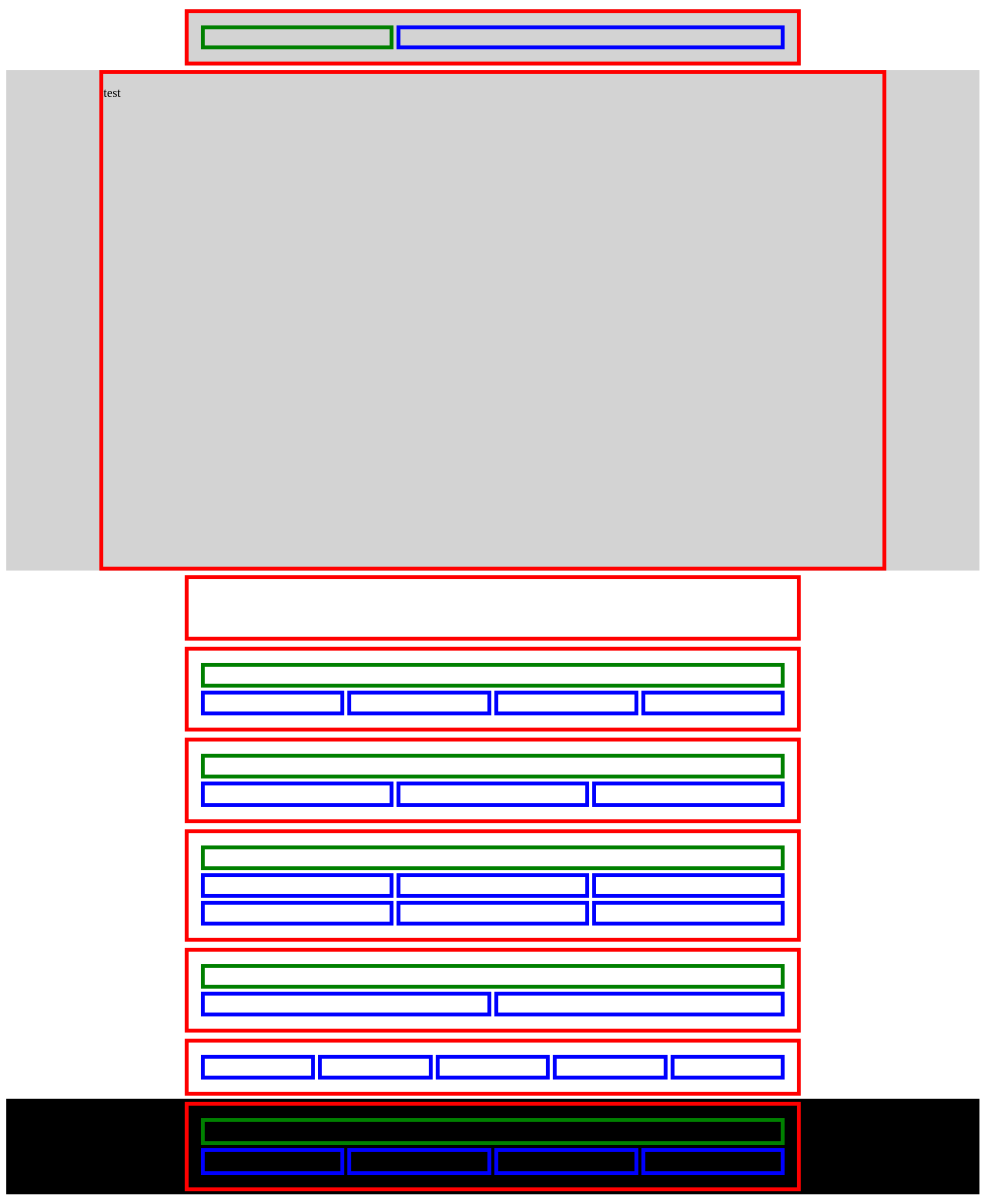
Repository: anderscederberg11/LAB2BG
Page: index.html
The author's editor kept a copy of each file at every save. The page is drawn from the files as they stood at one save, then again after the next save.
The browser window is 1280 px wide. The pictures show the whole page, at 77% of full size.

Above is the page before, as saved 2024-01-30 23:04:56.

### index.html
<!doctype html>
<html class="no-js" lang="en">

<head>
  <meta charset="utf-8">
  <meta name="viewport" content="width=device-width, initial-scale=1">
  <title>Sebastians Wonderful Website</title>
  <link rel="stylesheet" href="css/style.css">
  <meta name="description" content="sebastians website">
  <meta property="og:title" content="Sebastians Wonderful Website">
  <meta property="og:type" content="website">
  <meta property="og:url" content="https://www.SebastianWebsite.com">
  <!--<meta property="og:image" content=""> -->

  <link rel="icon" href="/favicon.ico" sizes="any">
  <link rel="icon" href="/icon.svg" type="image/svg+xml">
  <link rel="apple-touch-icon" href="icon.png">

</head>
    <body class="displayContainer">

        <header class="headerContainer">
            <div class="headerTitleContainer">
                <h1 class="title"></h1>
            </div>
            <div class="headerImageContainer"></div>
        </header>

        <div class="sectionOne">
            <div class="sectionOneImage">
                <div class="sectionOneList">
                    <p>test</p>
                </div>
                <!-- image -->
            </div>
        </div>

        <div class="sectionTwo">
            <h1 class="title"></h1>
        </div>

        <div class="sectionThree">
            <div class="headerSectionThree">
                <h2 class="secondHeader"></h2>
                <h5 class="subHeader"></h5>
            </div>
            <div class="card"></div>
            <div class="card"></div>
            <div class="card"></div>
            <div class="card"></div>
        </div>

        <div class="sectionFour">
            <div class="headerSectionFour">
                <h2 class="secondHeader"></h2>
                <h5 class="subHeader"></h5>
            </div>
            <div class="card-special"></div>
            <div class="card"></div>
            <div class="card"></div>
        </div>

        <div class="sectionFive">
            <div class="headerSectionFive">
                <h2 class="secondHeader"></h2>
                <h5 class="subHeader"></h5>
            </div>
            <div class="card"></div>
            <div class="card"></div>
            <div class="card"></div>
            <div class="card"></div>
            <div class="card"></div>
            <div class="card"></div>
        </div>

        <div class="sectionSix">
            <div class="headerSectionSix">
                <h2 class="secondHeader"></h2>
                <h5 class="subHeader"></h5>
            </div>
            <div class="card-special"></div>
            <div class="card-special"></div>
        </div>

        <div class="sectionSeven">
            <div class="card"></div>
            <div class="card"></div>
            <div class="card"></div>
            <div class="card"></div>
            <div class="card"></div>
        </div>

        <footer class="footerContainer">
            <div class="sectionFooter">
                <div class="footerInfo"><h6></h6></div>
                <div class="footerInfoCard"><h4></h4></div>
                <div class="footerInfoCard"><h4></h4></div>
                <div class="footerInfoCard"><h4></h4></div>
                <div class="footerInfoCard"><h4></h4></div>
            </div>
        </footer>

    </body>
</html>

### css/style.css
.displayContainer{
  display:flex;
  flex-direction: column;
  align-items: center;
}

.card, .card-special {
  border: 5px solid blue;
}

.headerContainer{
  grid-template-columns: repeat(3, 1fr);
  background-color: lightgrey;
}

.headerTitleContainer{
  border: 5px solid green;
}

.headerImageContainer{
  grid-column: 2/4;
  border: 5px solid blue;
}

.sectionOne{
  display:flex;
  flex-direction: column;
  align-items: center;
  background-color: lightgrey;
  width:100%;
  border:none;
  margin:0.25vh;
}

.sectionOneList{

}

.sectionOneImage{
  width:80%;
  height:50vw;
  border: 5px solid red;
}

.headerContainer, .sectionTwo, .sectionThree, .sectionFour, .sectionFive, .sectionSix, .sectionSeven, .sectionFooter{
  display:grid;
  width:60%;
  grid-gap:0.25em;
  padding:1em;
  margin:0.25em;
  border: 5px solid red;
}
.headerSectionThree, .headerSectionFour, .headerSectionFive, .headerSectionSix, .footerInfo{
  border: 5px solid green;
}

.sectionThree, .sectionFooter{
  grid-template-columns: repeat(4, 1fr);
  grid-template-rows: repeat(2, 1fr);
}

.headerSectionThree, .footerInfo{
  grid-column: span 4;
}

.sectionFour{
  grid-template-columns: repeat(3, 1fr);
  grid-template-rows: repeat(2, 1fr);
}

.headerSectionFour{
  grid-column: span 3;
}

.sectionFive{
  grid-template-columns: repeat(3, 1fr);
  grid-template-rows: repeat(3, 1fr);
}

.headerSectionFive{
  grid-column: span 3;
}

.sectionSix{
  grid-template-columns: repeat(2, 1fr);
  grid-template-rows: repeat(2, 1fr);
}

.headerSectionSix{
  grid-column: span 2;
}

.sectionSeven{
  grid-template-columns: repeat(5, 1fr);
  height:31.51px; /*REMOVE*/
}

.footerContainer{
  display:flex;
  flex-direction: column;
  align-items: center;
  width:100%;
  background-color: black;
}

.sectionFooter{

}

.footerInfo{

}

.footerInfoCard{
  border: 5px solid blue;
}

@media screen and (max-width: 40em) {
  .sectionThree, .sectionFour, .sectionFooter, .sectionFive{
    grid-template-columns: repeat(2, 1fr);
    grid-template-rows: repeat(3, 1fr);
  }

  .headerSectionThree, .footerInfo, .headerSectionFour, .sectionFour .card-special, .headerSectionFive {
    grid-column: span 2;
  }

  .sectionFive{
    grid-template-rows: repeat(4, 1fr);
  }

  .sectionSix{
    grid-template-columns: repeat(1, 1fr);
    grid-template-rows: repeat(3, 1fr);
  }

  .headerSectionSix{
    grid-column: span 1;
  }

}

After the next save:
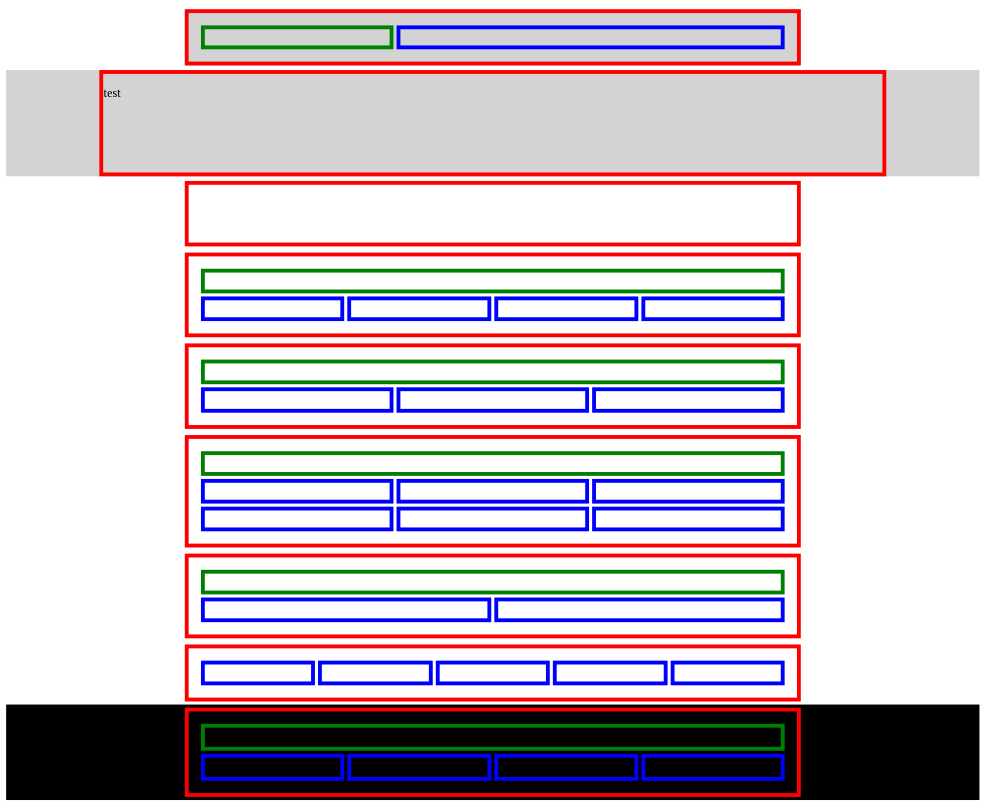
Saved 11 s later.
--- a/css/style.css
+++ b/css/style.css
@@ -38,7 +38,7 @@
 
 .sectionOneImage{
   width:80%;
-  height:50vw;
+  height:10vw;
   border: 5px solid red;
 }
 
